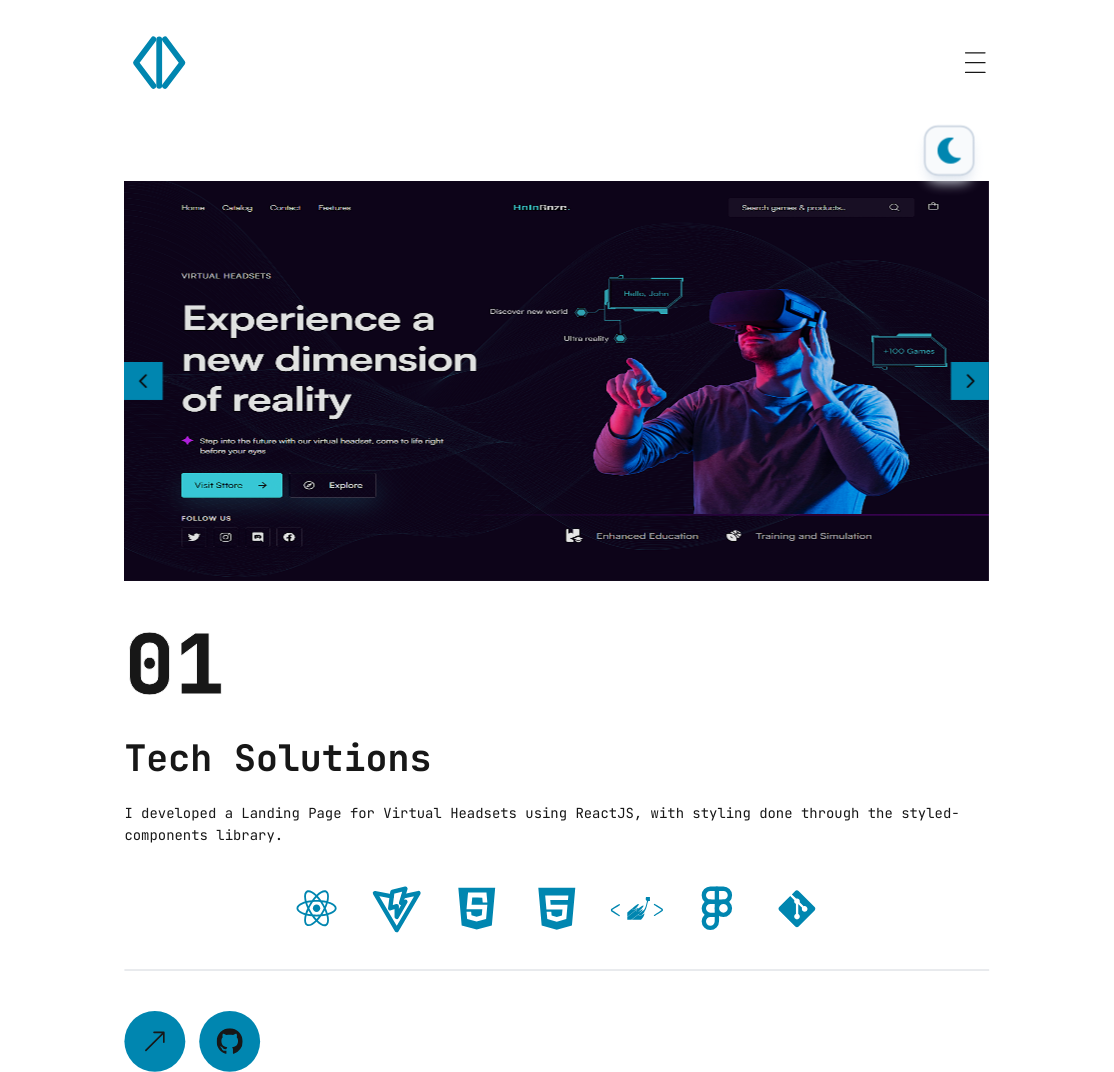
Repository: sergioscker/sergio-portfolio
Page: /work
These files come from the project's save history. The page is drawn as it stood at one moment and after the next save; the edit follows.
The browser window is 1280 px wide. The pictures show the whole page, at 87% of full size.
The project was rebuilt for these pictures with package versions that can differ from the ones it lists, and the page was loaded fresh each time. The framework's server and built-in components were replaced by stand-ins that run in the browser. Also part of the build but not shown: next.config.mjs.

Above is the page before, as saved 2025-04-29 15:49:57.

After the next save:
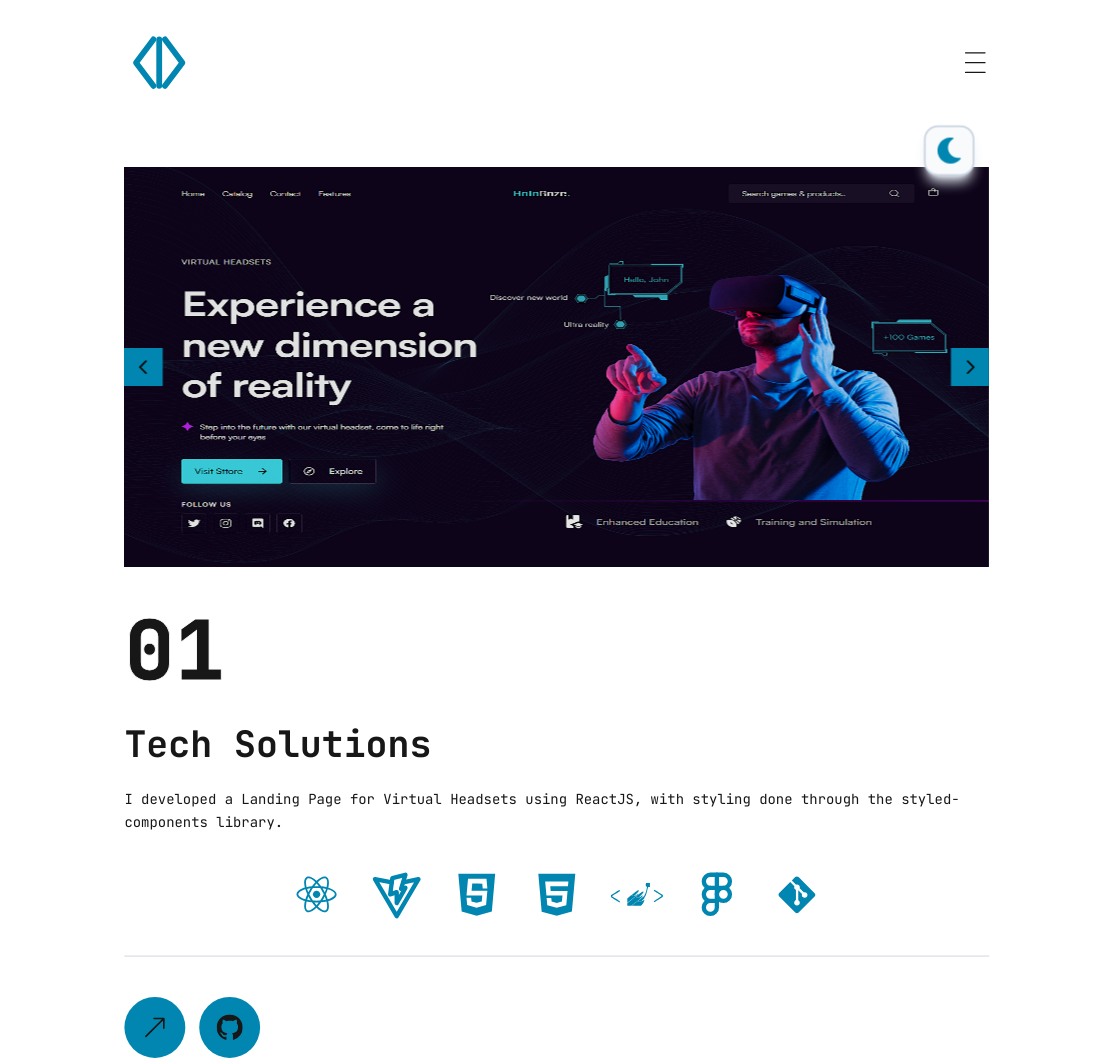
Saved 13 s later.
--- a/app/work/page.jsx
+++ b/app/work/page.jsx
@@ -265,7 +265,7 @@ const Work = () => {
       }}
       className="min-h-[30vh] flex flex-col justify-center xl:p-8"
     >
-      <div className="container mx-auto pt-18 mt-16">
+      <div className="container mx-auto pt-18 mt-12">
         <div className="flex flex-col xl:flex-row xl:gap-[30px] ">
           {/* projects container */}
           <div
